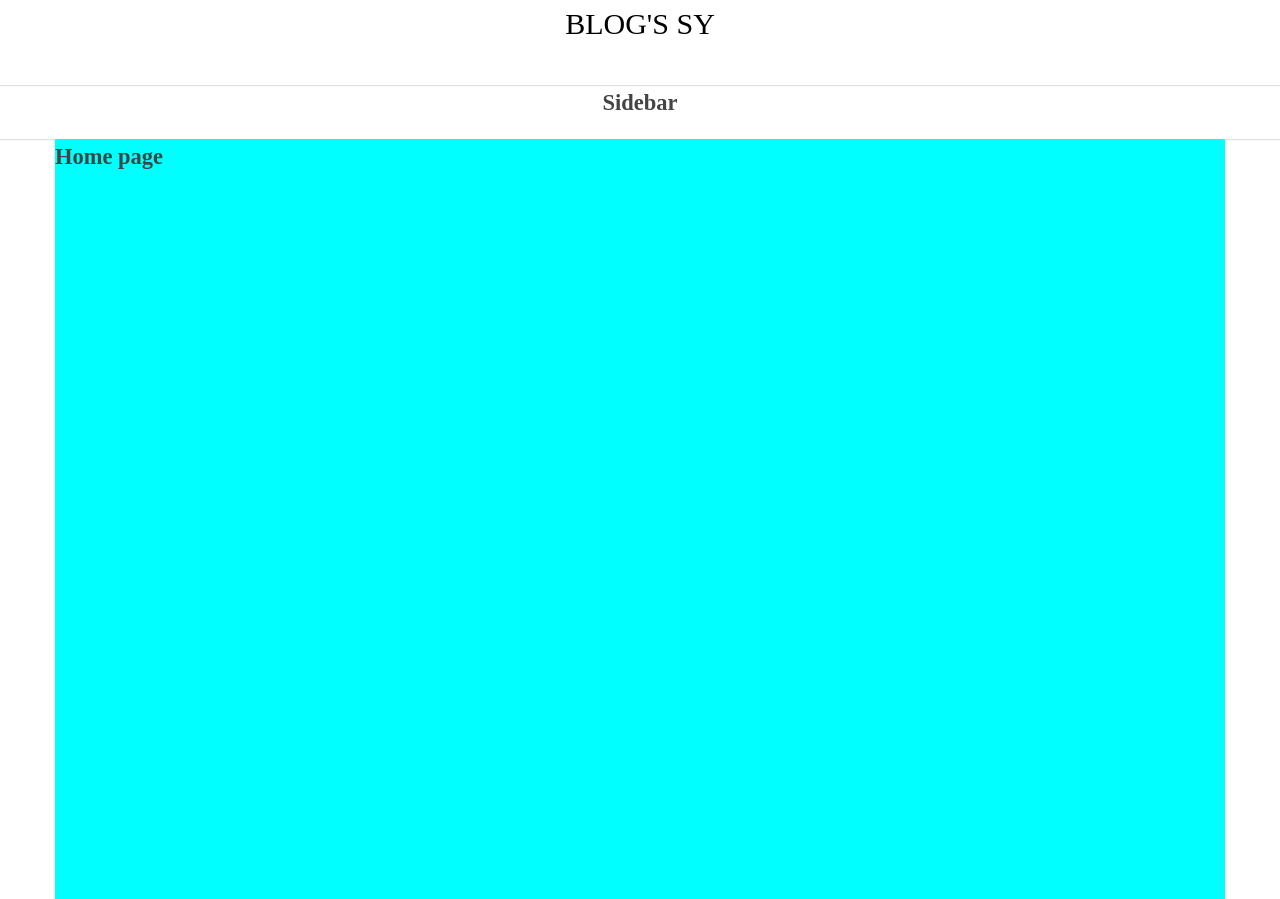
Repository: SyLe-Van/Make-Colorful
Page: /
The author's editor kept a copy of each file at every save. The page is drawn from the files as they stood at one save, then again after the next save.
The browser window is 1280 px wide. The pictures show the whole page.
Some web fonts or font styles are not loaded; a fallback is used. The project was rebuilt for these pictures with package versions that can differ from the ones it lists, and the page was loaded fresh each time. Also part of the build but not shown: src/pages/cinema/index.js, src/pages/fashion/index.js, src/pages/grooming/index.js, src/pages/lifestyle/index.js, src/pages/contact/index.js.

Above is the page before, as saved 2023-10-10 21:32:00.

After the next save:
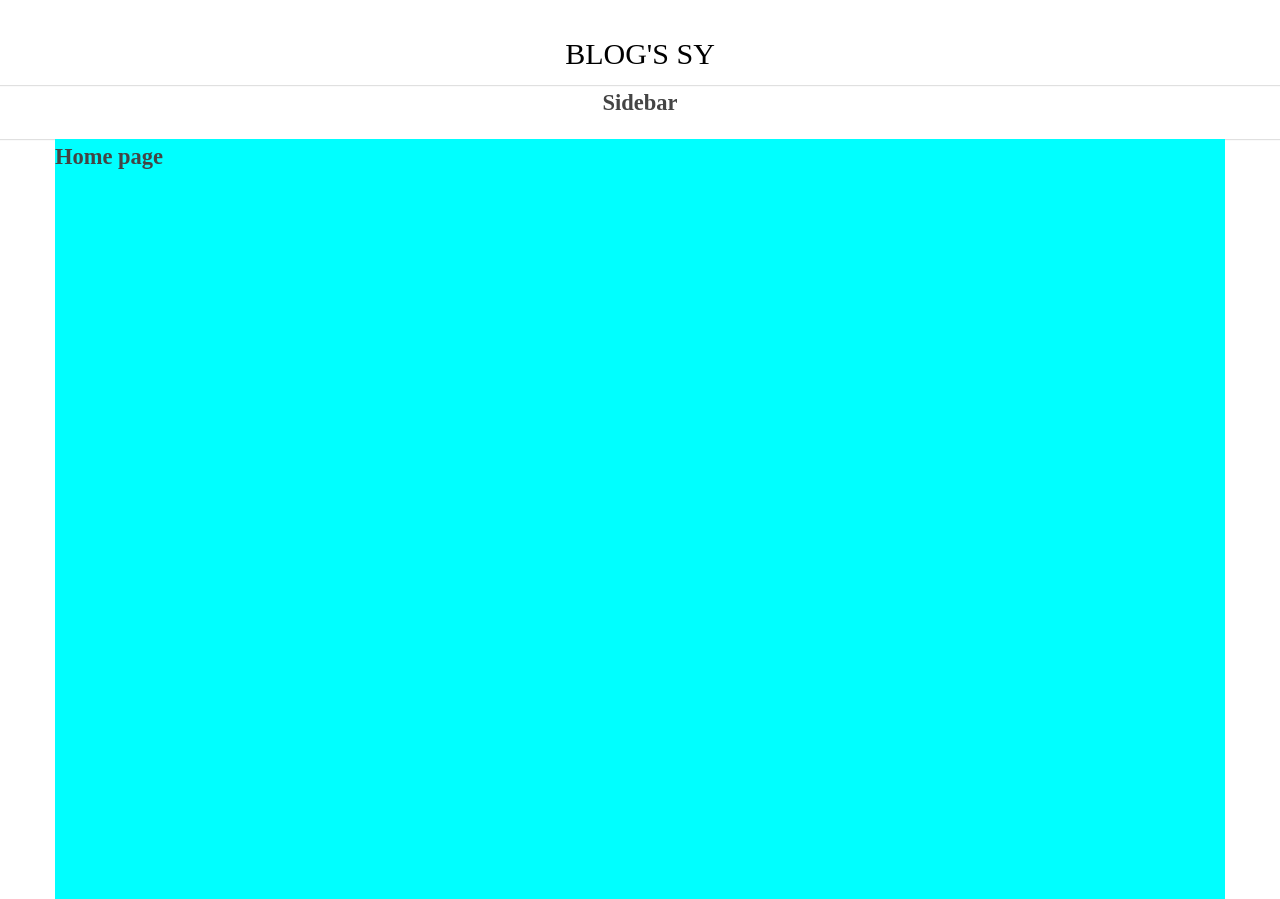
Saved 31 s later.
--- a/src/components/Layout/DefaultLayout/Header/Header.module.scss
+++ b/src/components/Layout/DefaultLayout/Header/Header.module.scss
@@ -9,4 +9,6 @@
     color: #000000;
     font-size: 30px;
     margin: 0 auto;
+    padding-top: 30px;
+    padding-bottom: 30px;
 }
